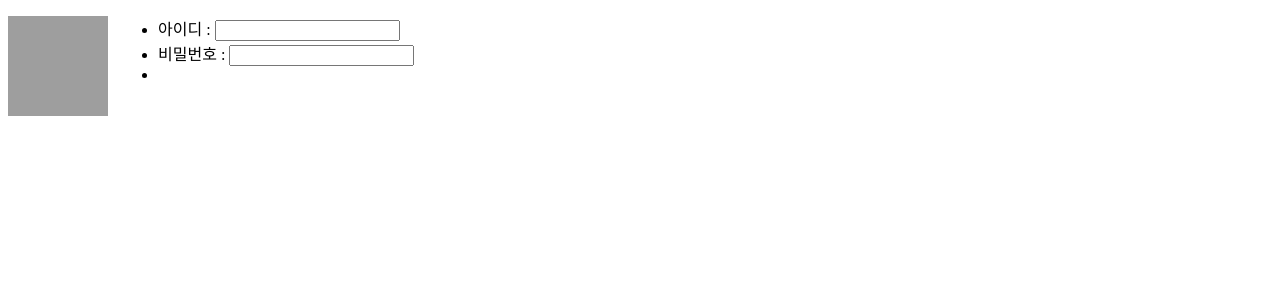
Repository: giwon8701/Qclass_KH
Page: Workspace_Java/testWebProject/WebContent/test2.html
These files come from the project's save history. The page is drawn as it stood at one moment and after the next save; the edit follows.
The browser window is 1280 px wide. The pictures show the whole page.
Pictures or frames that could not be fetched are drawn as grey boxes.

Above is the page before, as saved 2021-01-11 02:53:13.

### Workspace_Java/testWebProject/WebContent/test2.html
<!doctype html>
<html lang="ko">
<head>
<meta charset="UTF-8">
</head>

<body>
	<header>
		<img src="resources/images/logo.gif" style="margin-right:50px; width:100px; height:100px; float:left;">
		<form>
			<ul>
				<li>
					<label>아이디 : </label>
					<input type="text">
				</li>
				<li>
					<label>비밀번호 : </label>
					<input type="text">
				</li>
				<li></li>
			</ul>
		</form>
	</header>

	<section>

	</section>

	<footer>

	</footer>
</body>
</html>

After the next save:
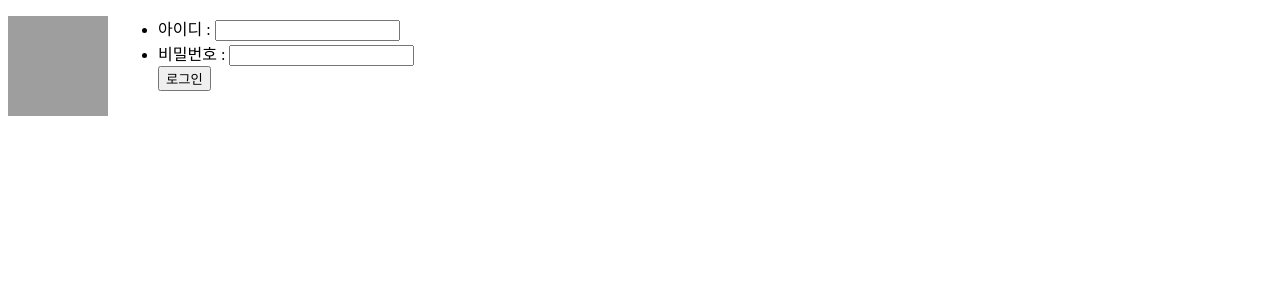
Saved 47 s later.
--- a/Workspace_Java/testWebProject/WebContent/test2.html
+++ b/Workspace_Java/testWebProject/WebContent/test2.html
@@ -17,7 +17,7 @@
 					<label>비밀번호 : </label>
 					<input type="text">
 				</li>
-				<li></li>
+				<input type="submit" value="로그인">
 			</ul>
 		</form>
 	</header>
